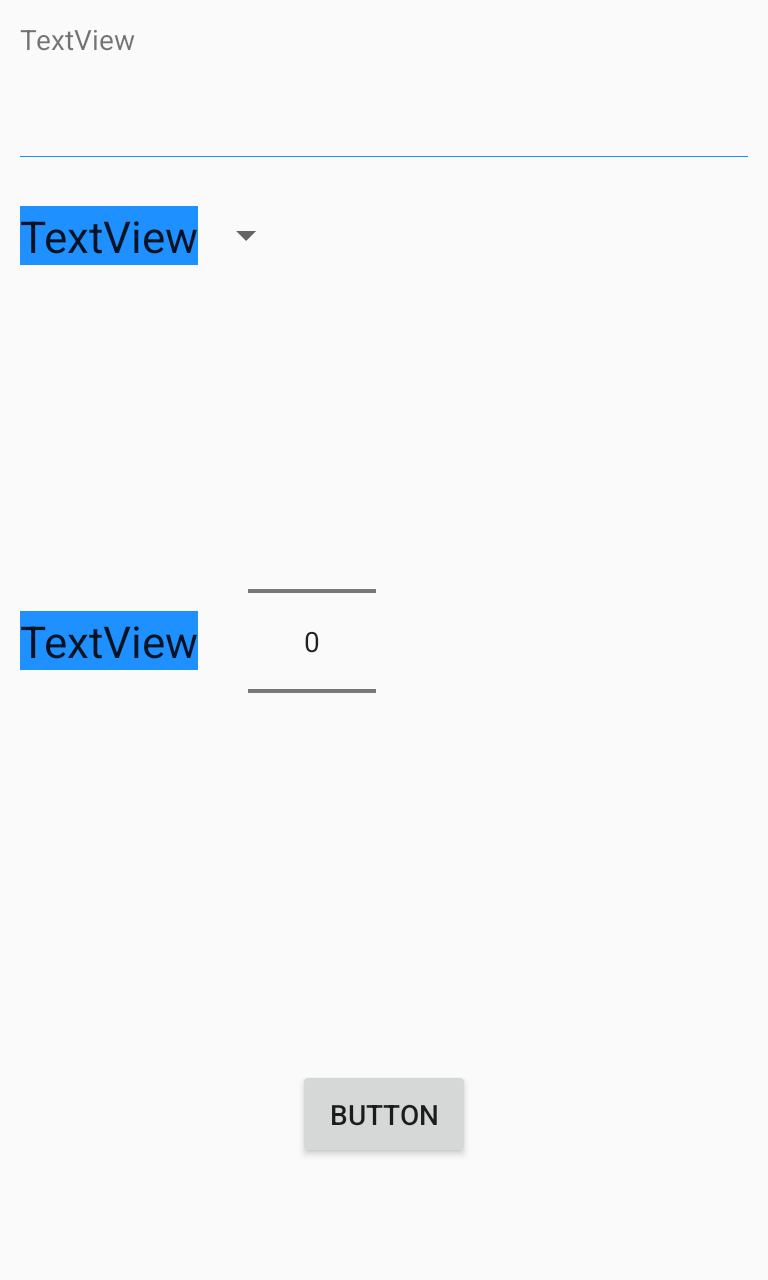
Repository: mimimy/MassagePro
Layout: BLE-Version/MassageTool/res/layout/base_pager.xml
An editor plug-in stored every save of this project. The layout is shown before and after the next save, followed by the edit.
It is drawn on a 768 x 1280 px phone screen (xhdpi) without system bars, with theme AppTheme; the app's code is not run.

Above is the layout before, as saved 2018-07-29 00:56:48.

### BLE-Version/MassageTool/res/layout/base_pager.xml
<LinearLayout xmlns:android="http://schemas.android.com/apk/res/android"
    xmlns:tools="http://schemas.android.com/tools"
    android:layout_width="match_parent"
    android:padding="20px"
    android:layout_height="fill_parent"
    android:orientation="vertical" >

    <TextView
        android:id="@+id/textView1"
        android:layout_width="match_parent"
        android:layout_height="wrap_content"
        android:layout_weight="1"
        android:layout_gravity="center_vertical"
        android:text="TextView" />
      <TextView
        android:background="#1E90FF"
        android:layout_width="fill_parent"
        android:layout_height="1px"/>


    <LinearLayout
        android:layout_width="match_parent"
        android:layout_height="wrap_content"
        android:orientation="horizontal"
        android:gravity="center_vertical"
        android:layout_weight="1">

        <TextView
            android:id="@+id/textView2"
            android:layout_width="wrap_content"
            android:layout_height="wrap_content"
            android:background="#1E90FF"
            android:textAppearance="?android:attr/textAppearanceLarge"
            android:text="TextView" />

        <Spinner
            android:id="@+id/spinner1"
            android:layout_width="wrap_content"
            android:layout_height="wrap_content"/>
    </LinearLayout>

    <LinearLayout
        android:layout_width="match_parent"
        android:layout_height="wrap_content"
        android:orientation="horizontal"
        android:gravity="center_vertical"
        android:layout_weight="3">


        <TextView
            android:id="@+id/textView3"
            android:background="#1E90FF"
            android:layout_width="wrap_content"
            android:layout_height="wrap_content"
            android:textAppearance="?android:attr/textAppearanceLarge"
            android:text="TextView" />

        <NumberPicker
            android:id="@+id/numberPicker1"
            android:layout_marginLeft="50px"
            android:layout_width="wrap_content"
            android:layout_height="wrap_content" />
    </LinearLayout>

    <LinearLayout
        android:layout_width="fill_parent"
        android:layout_height="wrap_content"
        android:gravity="center"
        android:layout_weight="2">

        <Button
            android:id="@+id/button1"
            android:layout_width="wrap_content"
            android:layout_height="wrap_content"

            android:text="Button" />

    </LinearLayout>

</LinearLayout>

### BLE-Version/MassageTool/res/values/styles.xml
<resources>

    <!--
        Base application theme, dependent on API level. This theme is replaced
        by AppBaseTheme from res/values-vXX/styles.xml on newer devices.
    -->
    <style name="AppBaseTheme" parent="android:Theme.Light">
        <!--
            Theme customizations available in newer API levels can go in
            res/values-vXX/styles.xml, while customizations related to
            backward-compatibility can go here.
        -->
    </style>

    <!-- Application theme. -->
    <style name="AppTheme" parent="AppBaseTheme">
        <!-- All customizations that are NOT specific to a particular API-level can go here. -->

    </style>

     <style name="OverflowStyle">
         <item name="android:src">@drawable/blooth</item>
         <item name="android:actionOverflowButtonStyle">@style/OverflowStyle</item>
      </style>
</resources>

Loaded but not shown: BLE-Version/MassageTool/res/values-v11/styles.xml (common file); BLE-Version/MassageTool/res/values-v14/styles.xml (common file)

After the next save:
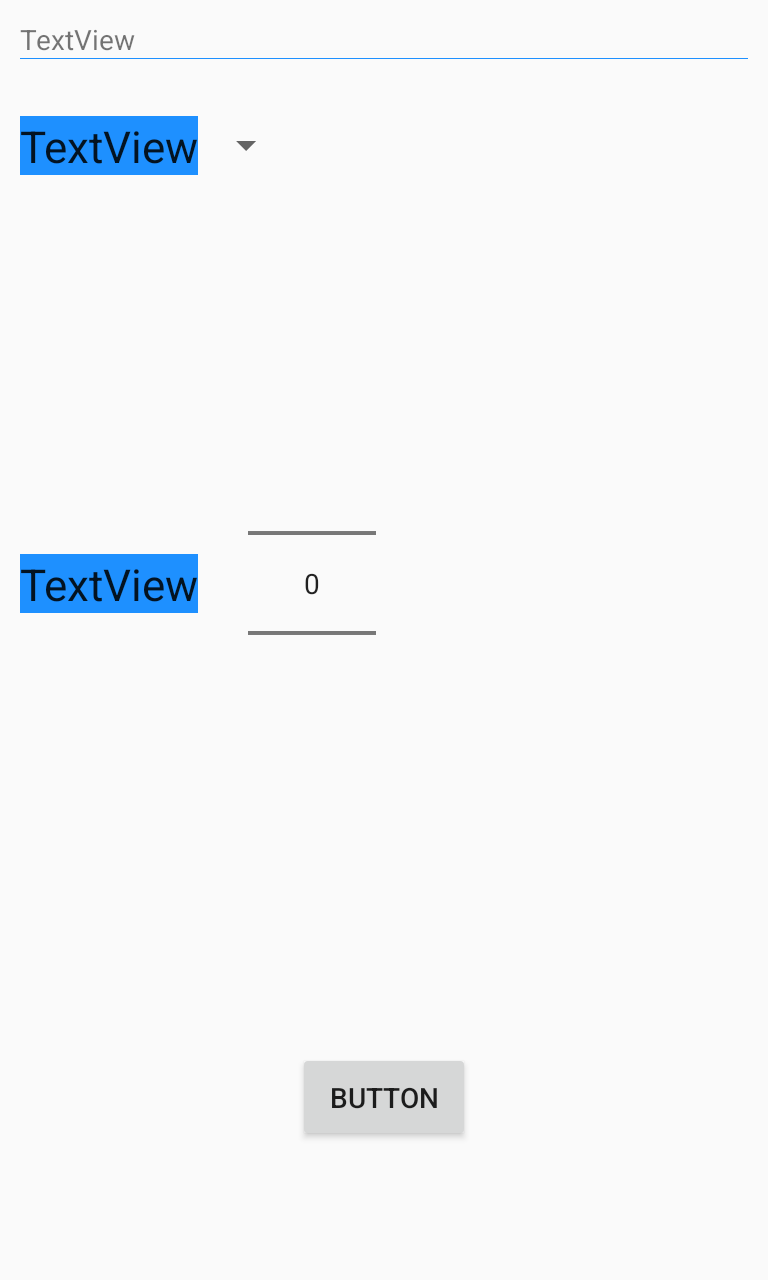
Saved 17 s later.
--- a/BLE-Version/MassageTool/res/layout/base_pager.xml
+++ b/BLE-Version/MassageTool/res/layout/base_pager.xml
@@ -9,7 +9,7 @@
         android:id="@+id/textView1"
         android:layout_width="match_parent"
         android:layout_height="wrap_content"
-        android:layout_weight="1"
+
         android:layout_gravity="center_vertical"
         android:text="TextView" />
       <TextView
